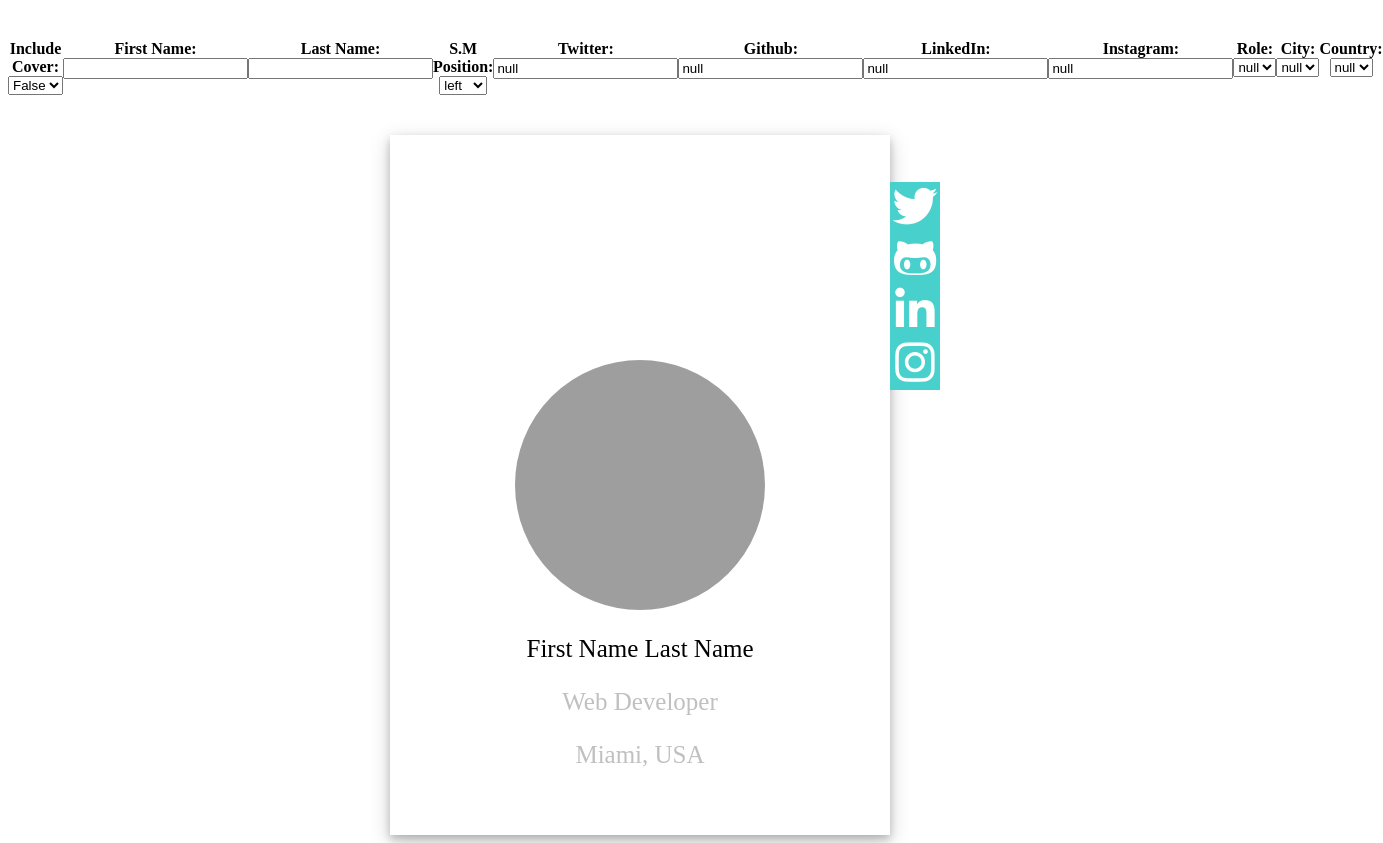
Repository: DJaye33/conditional-profile-card
Page: index.html
The author's editor kept a record of every edit. The page is drawn from the files as they stood at one moment, then again after the next edit.
The browser window is 1280 px wide. The page is 1383 px wide, so the pictures cover 1383 px, including what lies to the right of the window. The pictures show the whole page.
Pictures or frames that could not be fetched are drawn as grey boxes. Some web libraries are served in a nearby version.

Above is the page before.

### index.html
<!DOCTYPE html>
<html lang="en">

<head>
    <meta charset="UTF-8">
    <meta name="viewport" content="width=device-width, initial-scale=1.0">
    <meta http-equiv="X-UA-Compatible" content="ie=edge">
    <title>Conditional Profile Card</title>
    <script src="https://kit.fontawesome.com/d239cac0a2.js" crossorigin="anonymous"></script>
    <link rel="stylesheet" href="profileCard.css" type="text/css" />
</head>

<body>
    <div id='container'>

        <label for='cover-input'>
            Include Cover:
            <br />
            <select id='include-cover'>
                <option value='false'>False</option>
                <option value='true'>True</option>
            </select>
        </label>

        <label for='first-name'>
            First Name:
            <br />
            <input id='firstName' type='text' />
        </label>

        <label id='lastName' for='last-name'>
           Last Name:
            <br />
            <input type='text' />
        </label>

        <label for='cover-input'>
            S.M Position:
            <br />
            <select id='social-position'>
                <option value='left'>left</option>
                <option value='right'>right</option>
            </select>
        </label>

        <label for='twitter'>
           Twitter:
            <br />
            <input value='null' type='text' />
        </label>

        <label for='Github'>
           Github:
            <br />
            <input value='null' type='text' />
        </label>

        <label for='LinkedIn'>
           LinkedIn:
            <br />
            <input value='null' type='text' />
        </label>

        <label for='Instagram'>
           Instagram:
            <br />
            <input value='null' type='text' />
        </label>

        <label for='role'>
            Role:
            <br />
            <select>
                <option>null</option>
            </select>
        </label>

        <label for='city'>
            City:
            <br />
            <select>
                <option>null</option>
            </select>
        </label>

        <label for='country'>
            Country:
            <br />
            <select>
                <option>null</option>
            </select>
        </label>
    </div>

    <div id='card-body'>
        <div id='user-image'>
        </div>
        <section id='upper-half'></section>
        <section id='lower-half'>
            <div id='text-block'>
                <span id='firstNameEl'>First Name</span>
                <span id='lastNameEl'>Last Name</span>
                <p class='mute-text'>Web Developer</p>
                <p class='mute-text'>Miami, USA</p>
            </div>
            <ul id='social-links' class='right left'>
                <li><i class="fab fa-twitter"></i></li>

                <li><i class="fab fa-github-alt"></i></li>

                <li><i class="fab fa-linkedin-in"></i></li>

                <li><i class="fab fa-instagram"></i></li>
            </ul>

    </div>

    </section>

    <script src='profileCard.js'></script>
</body>

</html>

### profileCard.css
#container {
    display: flex;
    justify-content: space-around;
    margin-top: 40px;
    margin-bottom: 40px;
}

label {
    font-weight: bold;
    text-align: center;
}



#card-body {
    position: relative;
    background: white;
    margin: 0 auto;
    width: 500px;
    height: 700px;
    /*border-radius: 20px;*/
    box-shadow: 0 4px 8px 0 rgba(0, 0, 0, 0.2), 0 6px 20px 0 rgba(0, 0, 0, 0.19);
}

#user-image {
    background: url('https://images.unsplash.com/photo-1535713875002-d1d0cf377fde?ixlib=rb-1.2.1&ixid=eyJhcHBfaWQiOjEyMDd9&auto=format&fit=crop&w=500&q=60');
    background-size: contain;
    border: 5px solid white;
    border-radius: 50%;
    height: 250px;
    width: 250px;
    z-index: 99;
    position: absolute;
    margin: auto;
    top: 0;
    left: 0;
    right: 0;
    bottom: 0;
}

#upper-half {
    width: 100%;
    height: 50%;
}

.toggle-background {
    background: url('https://images.unsplash.com/photo-1570942872213-1242607a35eb?ixlib=rb-1.2.1&ixid=eyJhcHBfaWQiOjEyMDd9&auto=format&fit=crop&w=500&q=60') no-repeat;
    background-size: contain;

}

#lower-half {
    position: relative;
    background: white;
    width: 100%;
    height: 50%;
}

#text-block {
    font-size: 25px;
    margin: 0 auto;
    position: absolute;
    top: 0;
    left: 0;
    bottom: 0;
    right: 0;
    text-align: center;
    margin-top: 30%;
}

.mute-text {
    color: silver;
}

.right {
    position: absolute;
    list-style-type: none;
    margin-left: 100%;
    padding: 0;
    bottom: 400px;
}

/*.left {*/

/*    position: absolute;*/
/*    list-style-type: none;*/
/*    right: 100%;*/
/*    padding: 0;*/
/*    bottom: 400px;*/
/*}*/

#social-links {
    background: #48D1CC;
    font-size: 45px;
    text-align: center;
    color: white;
    width: 10%;
}

### profileCard.js
const firstNameInput = document.getElementById('firstName');
const fistNameEl = document.getElementById('firstNameEl');
const lastNameInput = document.getElementById('lastName');
const lastNameEl = document.getElementById('lastNameEl');
const includeCover = document.querySelector('#include-cover');
const upperHalf = document.querySelector('#upper-half');
const socialPosition = document.querySelector('#social-position')
const socialLinks = document.querySelector('#social-links');

// console.log(socialLinks);

// ***** changes firstname on card on change *****//
firstNameInput.addEventListener('change', (event) => {
    fistNameEl.textContent = event.target.value;
})

// ***** changes last name on card on change ***** //
lastNameInput.addEventListener('change', (event) => {
    lastNameEl.textContent = event.target.value;
})

// ***** toggle background ***** //
includeCover.addEventListener('change', event => {
    if (event.target.value === 'true') {
        upperHalf.classList.add('toggle-background')
    }else if (event.target.value === 'false') {
        upperHalf.classList.remove('toggle-background')
    }
})

socialPosition.addEventListener('change', event => {
    const socialLink = socialLinks.classList;

    if (event.target.value === 'right') {
        socialLink.remove('left')
        socialLink.add('right')
    }
    else if (event.target.value === 'left') {
        socialLink.remove('right')
        socialLink.add('left');
    }
})

After the next edit:
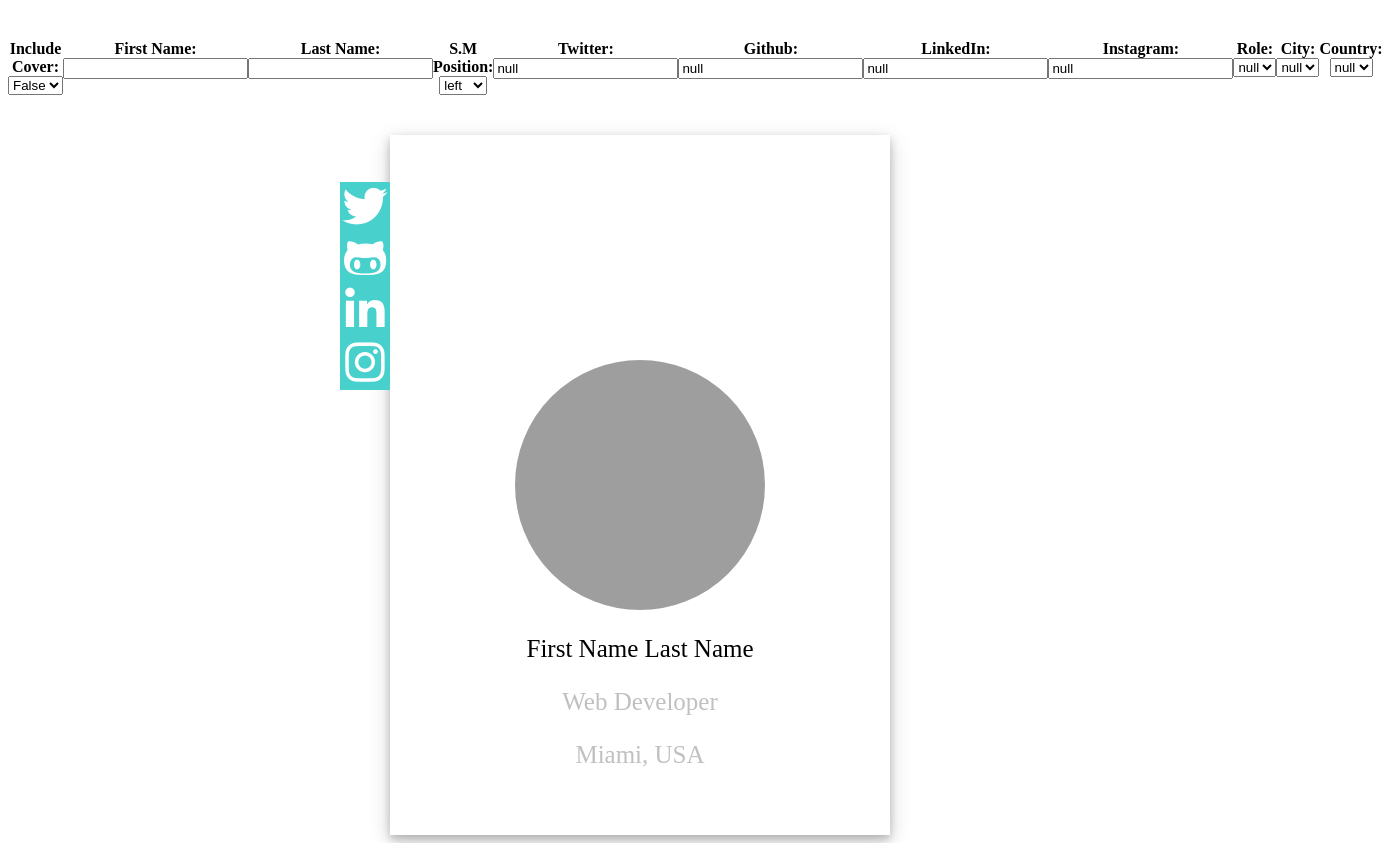
The edit:
--- a/profileCard.css
+++ b/profileCard.css
@@ -80,14 +80,14 @@
     bottom: 400px;
 }
 
-/*.left {*/
+.left {
 
-/*    position: absolute;*/
-/*    list-style-type: none;*/
-/*    right: 100%;*/
-/*    padding: 0;*/
-/*    bottom: 400px;*/
-/*}*/
+    position: absolute;
+    list-style-type: none;
+    right: 100%;
+    padding: 0;
+    bottom: 400px;
+}
 
 #social-links {
     background: #48D1CC;
